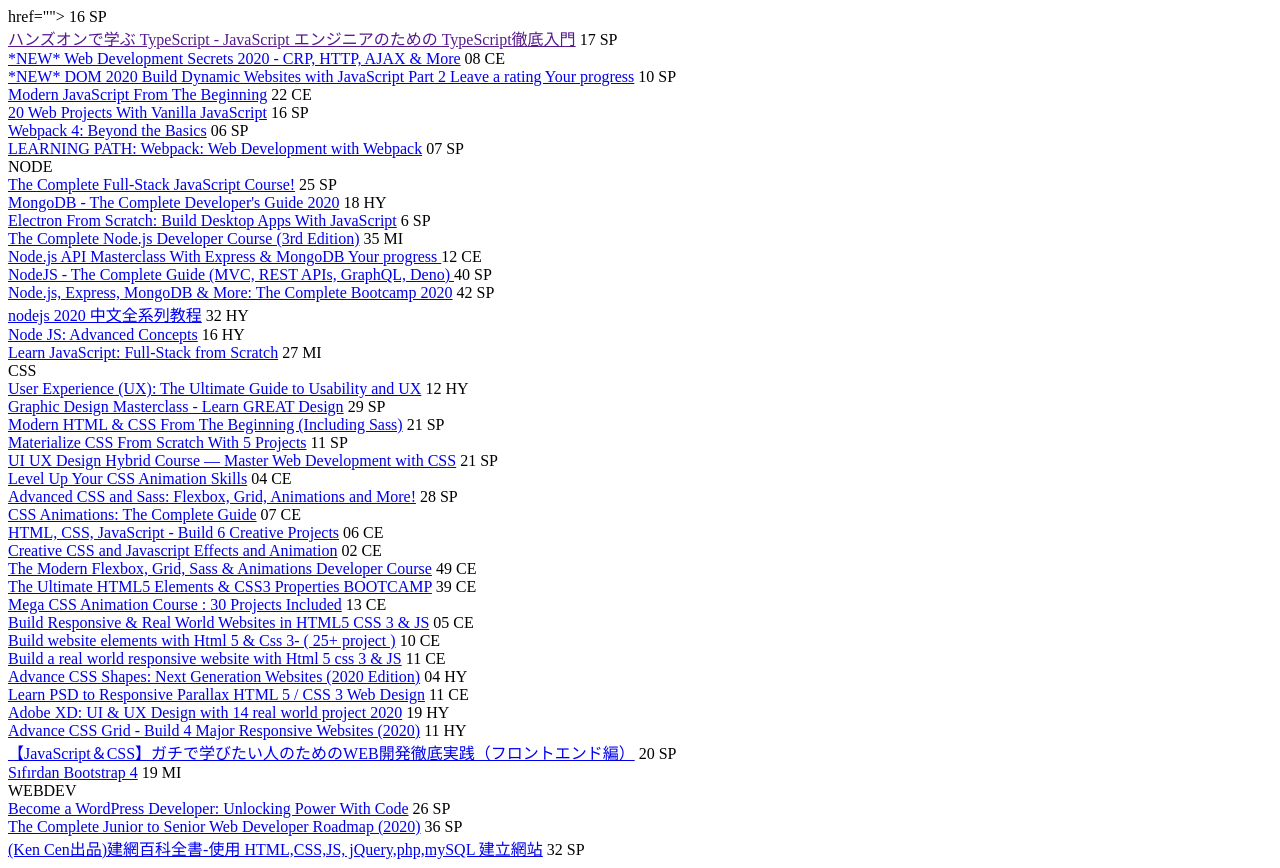
Repository: ClementLight/plan
Page: tmp.html
The author's editor kept a copy of each file at every save. The page is drawn from the files as they stood at one save, then again after the next save.
The browser window is 1280 px wide. The pictures show the whole page.

Above is the page before, as saved 2020-09-01 14:25:35.

### tmp.html

        href=""></a>
          <span class="hours">16</span>
          <span class="account">SP</span>
        </div>
        <div class="lesson lesson-background-filter">
          <a class="lessonname" href="">ハンズオンで学ぶ TypeScript - JavaScript エンジニアのための TypeScript徹底入門</a>
          <span class="hours">17</span>
          <span class="account">SP</span>
        </div>
        <div class="lesson lesson-background-filter">
          <a class="lessonname" href="https://www.udemy.com/course/new-web-development-secrets/learn/lecture/15578344?start=0#overview">*NEW* Web Development Secrets 2020 - CRP, HTTP, AJAX & More</a>
          <span class="hours">08</span>
          <span class="account">CE</span>
        </div>
        <div class="lesson lesson-background-filter">
          <a class="lessonname" href="https://www.udemy.com/course/build-dynamic-websites-dom-2/learn/lecture/17908964#overview">*NEW* DOM 2020 Build Dynamic Websites with JavaScript Part 2 Leave a rating Your progress</a>
          <span class="hours">10</span>
          <span class="account">SP</span>
        </div>
        <div class="lesson lesson-background-filter">
          <a class="lessonname" href="https://www.udemy.com/course/modern-javascript-from-the-beginning/learn/lecture/8762504?start=0#overview">Modern JavaScript From The Beginning</a>
          <span class="hours">22</span>
          <span class="account">CE</span>
        </div>
        <div class="lesson lesson-background-filter">
          <a class="lessonname" href="https://www.udemy.com/course/web-projects-with-vanilla-javascript/learn/lecture/17842028?start=210#overview">20 Web Projects With Vanilla JavaScript</a>
          <span class="hours">16</span>
          <span class="account">SP</span>
        </div>
        <div class="lesson lesson-background-filter">
          <a class="lessonname" href="https://www.udemy.com/course/webpack-beyond-the-basics/learn/lecture/8445416?start=285#overview">Webpack 4: Beyond the Basics</a>
          <span class="hours">06</span>
          <span class="account">SP</span>
        </div>
        <div class="lesson lesson-background-filter">
          <a class="lessonname" href="https://www.udemy.com/course/learning-path-webpack-web-development-with-webpack/learn/lecture/9378330#overview">LEARNING PATH: Webpack: Web Development with Webpack</a>
          <span class="hours">07</span>
          <span class="account">SP</span>
        </div>
      </div>
    </section>
    <section class="maincontainers">
      <div class="lessontype">NODE</div>
      <div class="lessons">
        <div class="lesson lesson-background-filter">
          <a class="lessonname" href="https://www.udemy.com/course/full-stack-javascript/learn/lecture/14022702?start=0#overview">The Complete Full-Stack JavaScript Course!</a>
          <span class="hours">25</span>
          <span class="account">SP</span>
        </div>
        <div class="lesson lesson-background-filter">
          <a class="lessonname" href="https://www.udemy.com/course/mongodb-the-complete-developers-guide/learn/lecture/13914002?start=0#overview">MongoDB - The Complete Developer's Guide 2020</a>
          <span class="hours">18</span>
          <span class="account">HY</span>
        </div>
        <div class="lesson lesson-background-filter">
          <a class="lessonname" href="https://www.udemy.com/course/electron-from-scratch/learn/lecture/19823412#overview">Electron From Scratch: Build Desktop Apps With JavaScript</a>
          <span class="hours">6</span>
          <span class="account">SP</span>
        </div>
        <div class="lesson lesson-background-filter">
          <a class="lessonname" href="https://www.udemy.com/course/the-complete-nodejs-developer-course-2/learn/lecture/13729190?start=0#announcements">The Complete Node.js Developer Course (3rd Edition)</a>
          <span class="hours">35</span>
          <span class="account">MI</span>
        </div>
        <div class="lesson lesson-background-filter">
          <a class="lessonname" href="https://www.udemy.com/course/nodejs-api-masterclass/learn/lecture/16581402?start=0#overview">Node.js API Masterclass With Express & MongoDB Your progress </a>
          <span class="hours">12</span>
          <span class="account">CE</span>
        </div>
        <div class="lesson lesson-background-filter">
          <a class="lessonname" href="https://www.udemy.com/course/nodejs-the-complete-guide/learn/lecture/11561886#overview">NodeJS - The Complete Guide (MVC, REST APIs, GraphQL, Deno) </a>
          <span class="hours">40</span>
          <span class="account">SP</span>
        </div>
        <div class="lesson lesson-background-filter">
          <a class="lessonname" href="https://www.udemy.com/course/nodejs-express-mongodb-bootcamp/learn/lecture/15065290?start=135#overview">Node.js, Express, MongoDB & More: The Complete Bootcamp 2020</a>
          <span class="hours">42</span>
          <span class="account">SP</span>
        </div>
        <div class="lesson lesson-background-filter">
          <a class="lessonname" href="https://www.udemy.com/course/nodejs-2020/learn/lecture/19475016?start=315#overview">nodejs 2020 中文全系列教程</a>
          <span class="hours">32</span>
          <span class="account">HY</span>
        </div>
        <div class="lesson lesson-background-filter">
          <a class="lessonname" href="https://www.udemy.com/course/advanced-node-for-developers/learn/lecture/9667538?start=0#overview">Node JS: Advanced Concepts</a>
          <span class="hours">16</span>
          <span class="account">HY</span>
        </div>
        <div class="lesson lesson-background-filter">
          <a class="lessonname" href="https://www.udemy.com/course/learn-javascript-full-stack-from-scratch/learn/lecture/15373818?start=1#overview">Learn JavaScript: Full-Stack from Scratch</a>
          <span class="hours">27</span>
          <span class="account">MI</span>
        </div>
      </div>
    </section>
    <section class="maincontainers">
      <div class="lessontype">CSS</div>
      <div class="lessons">
        <div class="lesson lesson-background-filter">
          <a class="lessonname" href="https://www.udemy.com/course/ultimate-guide-to-ux/learn/lecture/218133#overview">User Experience (UX): The Ultimate Guide to Usability and UX</a>
          <span class="hours">12</span>
          <span class="account">HY</span>
        </div>
        <div class="lesson lesson-background-filter">
          <a class="lessonname" href="https://www.udemy.com/course/graphic-design-masterclass-everything-you-need-to-know/learn/lecture/16859564?start=10#overview">Graphic Design Masterclass - Learn GREAT Design</a>
          <span class="hours">29</span>
          <span class="account">SP</span>
        </div>
        <div class="lesson lesson-background-filter">
          <a class="lessonname" href="https://www.udemy.com/course/modern-html-css-from-the-beginning/learn/lecture/13285606?start=0#overview">Modern HTML & CSS From The Beginning (Including Sass)</a>
          <span class="hours">21</span>
          <span class="account">SP</span>
        </div>
        <div class="lesson lesson-background-filter">
          <a class="lessonname" href="https://www.udemy.com/course/materialize-css-from-scratch-with-5-projects/learn/lecture/9380778?start=120#overview">Materialize CSS From Scratch With 5 Projects</a>
          <span class="hours">11</span>
          <span class="account">SP</span>
        </div>
        <div class="lesson lesson-background-filter">
          <a class="lessonname" href="https://www.udemy.com/course/uxdevelopment/learn/lecture/21499324?start=45#questions">UI UX Design Hybrid Course — Master Web Development with CSS</a>
          <span class="hours">21</span>
          <span class="account">SP</span>
        </div>
        <div class="lesson lesson-background-filter">
          <a class="lessonname" href="https://www.udemy.com/course/level-up-your-css-animation-skills/learn/lecture/14278658?start=746#overview">Level Up Your CSS Animation Skills</a>
          <span class="hours">04</span>
          <span class="account">CE</span>
        </div>
        <div class="lesson lesson-background-filter">
          <a class="lessonname" href="https://www.udemy.com/course/advanced-css-and-sass/learn/lecture/8859760?start=150#overview">Advanced CSS and Sass: Flexbox, Grid, Animations and More!</a>
          <span class="hours">28</span>
          <span class="account">SP</span>
        </div>
        <div class="lesson lesson-background-filter">
          <a class="lessonname" href="https://www.udemy.com/course/css-animations-the-complete-guide/learn/lecture/21508866?start=0#overview">CSS Animations: The Complete Guide</a>
          <span class="hours">07</span>
          <span class="account">CE</span>
        </div>
        <div class="lesson lesson-background-filter">
          <a class="lessonname" href="https://www.udemy.com/course/html-css-javascript-course-build-6-creative-projects/learn/lecture/12194674?start=180#overview">HTML, CSS, JavaScript - Build 6 Creative Projects</a>
          <span class="hours">06</span>
          <span class="account">CE</span>
        </div>
        <div class="lesson lesson-background-filter">
          <a class="lessonname" href="https://www.udemy.com/course/creative-css-and-javascript-effects-and-animation/learn/lecture/20827122#overview">Creative CSS and Javascript Effects and Animation</a>
          <span class="hours">02</span>
          <span class="account">CE</span>
        </div>
        <div class="lesson lesson-background-filter">
          <a class="lessonname" href="https://www.udemy.com/course/the-modern-flexbox-grid-sass-animations-developer-course/learn/lecture/20861738?start=15#questions">The Modern Flexbox, Grid, Sass & Animations Developer Course</a>
          <span class="hours">49</span>
          <span class="account">CE</span>
        </div>
        <div class="lesson lesson-background-filter">
          <a class="lessonname" href="https://www.udemy.com/course/the-most-up-tp-date-html5-css3-level-1-essentials-with-100-challenges/learn/lecture/18515152?start=131#overview">The Ultimate HTML5 Elements & CSS3 Properties BOOTCAMP</a>
          <span class="hours">39</span>
          <span class="account">CE</span>
        </div>
        <div class="lesson lesson-background-filter">
          <a class="lessonname" href="https://www.udemy.com/course/mega-css-animation-course/learn/lecture/15322532?start=0#overview">Mega CSS Animation Course : 30 Projects Included</a>
          <span class="hours">13</span>
          <span class="account">CE</span>
        </div>
        <div class="lesson lesson-background-filter">
          <a class="lessonname" href="https://www.udemy.com/course/build-responsive-real-world-websites-in-html5-css-3-js/learn/lecture/20595720?start=0#overview">Build Responsive & Real World Websites in HTML5 CSS 3 & JS</a>
          <span class="hours">05</span>
          <span class="account">CE</span>
        </div>
        <div class="lesson lesson-background-filter">
          <a class="lessonname" href="https://www.udemy.com/course/build-website-elements-with-html-5-css-3-25-project/learn/lecture/8485378?start=360#overview">Build website elements with Html 5 & Css 3- ( 25+ project )</a>
          <span class="hours">10</span>
          <span class="account">CE</span>
        </div>
        <div class="lesson lesson-background-filter">
          <a class="lessonname" href="https://www.udemy.com/course/build-a-real-world-responsive-website-with-html-5-css-3-js/learn/lecture/9007158?start=15#overview">Build a real world responsive website with Html 5 css 3 & JS</a>
          <span class="hours">11</span>
          <span class="account">CE</span>
        </div>
        <div class="lesson lesson-background-filter">
          <a class="lessonname" href="https://www.udemy.com/course/mastering-native-css-shapes/learn/lecture/7168320?start=0#overview">Advance CSS Shapes: Next Generation Websites (2020 Edition)</a>
          <span class="hours">04</span>
          <span class="account">HY</span>
        </div>
        <div class="lesson lesson-background-filter">
          <a class="lessonname" href="https://www.udemy.com/course/learn-psd-to-responsive-parallax-html-5-css-3-web-design/learn/lecture/12566652?start=0#overview">Learn PSD to Responsive Parallax HTML 5 / CSS 3 Web Design</a>
          <span class="hours">11</span>
          <span class="account">CE</span>
        </div>
        <div class="lesson lesson-background-filter">
          <a class="lessonname" href="https://www.udemy.com/course/adobe-xd-ui-ux-design-with-10-real-world-project-2020-tuto/learn/lecture/18412718?start=0#overview">Adobe XD: UI & UX Design with 14 real world project 2020</a>
          <span class="hours">19</span>
          <span class="account">HY</span>
        </div>
        <div class="lesson lesson-background-filter">
          <a class="lessonname" href="https://www.udemy.com/course/css-grid-the-complete-guide/learn/lecture/10099838?start=0#overview">Advance CSS Grid - Build 4 Major Responsive Websites (2020)</a>
          <span class="hours">11</span>
          <span class="account">HY</span>
        </div>

        <div class="lesson lesson-background-filter">
          <a class="lessonname" href="https://www.udemy.com/course/front-dev-tutorial/learn/lecture/17695216?start=477#overview">【JavaScript＆CSS】ガチで学びたい人のためのWEB開発徹底実践（フロントエンド編）</a>
          <span class="hours">20</span>
          <span class="account">SP</span>
        </div>
        <div class="lesson lesson-background-filter">
          <a class="lessonname" href="https://www.udemy.com/course/sifirdan-bootstrap-4/learn/lecture/15031248#overview">Sıfırdan Bootstrap 4</a>
          <span class="hours">19</span>
          <span class="account">MI</span>
        </div>
      </div>
    </section>
    <section class="maincontainers">
      <div class="lessontype">WEBDEV</div>
      <div class="lessons">
        <div class="lesson lesson-background-filter">
          <a class="lessonname" href="https://www.udemy.com/course/become-a-wordpress-developer-php-javascript/learn/lecture/7076998?start=270#overview">Become a WordPress Developer: Unlocking Power With Code</a>
          <span class="hours">26</span>
          <span class="account">SP</span>
        </div>
        <div class="lesson lesson-background-filter">
          <a class="lessonname" href="https://www.udemy.com/course/the-complete-junior-to-senior-web-developer-roadmap/learn/lecture/10409076?start=0#overview">The Complete Junior to Senior Web Developer Roadmap (2020)</a>
          <span class="hours">36</span>
          <span class="account">SP</span>
        </div>
        <div class="lesson lesson-background-filter">
          <a class="lessonname" href="https://www.udemy.com/course/ken-cens/learn/lecture/5246918?start=30#overview"> (Ken Cen出品)建網百科全書-使用 HTML,CSS,JS, jQuery,php,mySQL 建立網站</a>
          <span class="hours">32</span>
          <span class="account">SP</span>
        </div>
      </div>
    </section>

  </section>

After the next save:
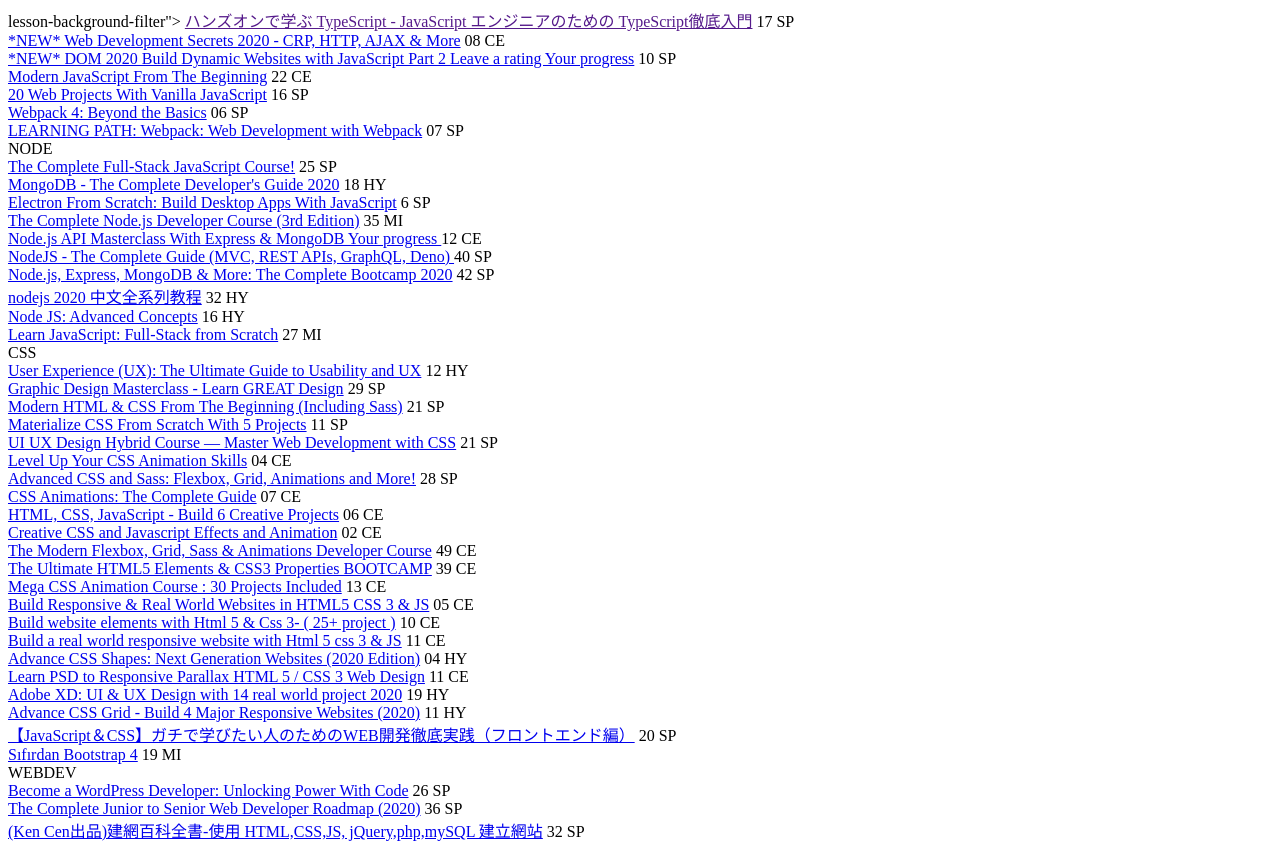
Saved 33 s later.
--- a/tmp.html
+++ b/tmp.html
@@ -1,9 +1,5 @@
 
-        href=""></a>
-          <span class="hours">16</span>
-          <span class="account">SP</span>
-        </div>
-        <div class="lesson lesson-background-filter">
+       lesson-background-filter">
           <a class="lessonname" href="">ハンズオンで学ぶ TypeScript - JavaScript エンジニアのための TypeScript徹底入門</a>
           <span class="hours">17</span>
           <span class="account">SP</span>
